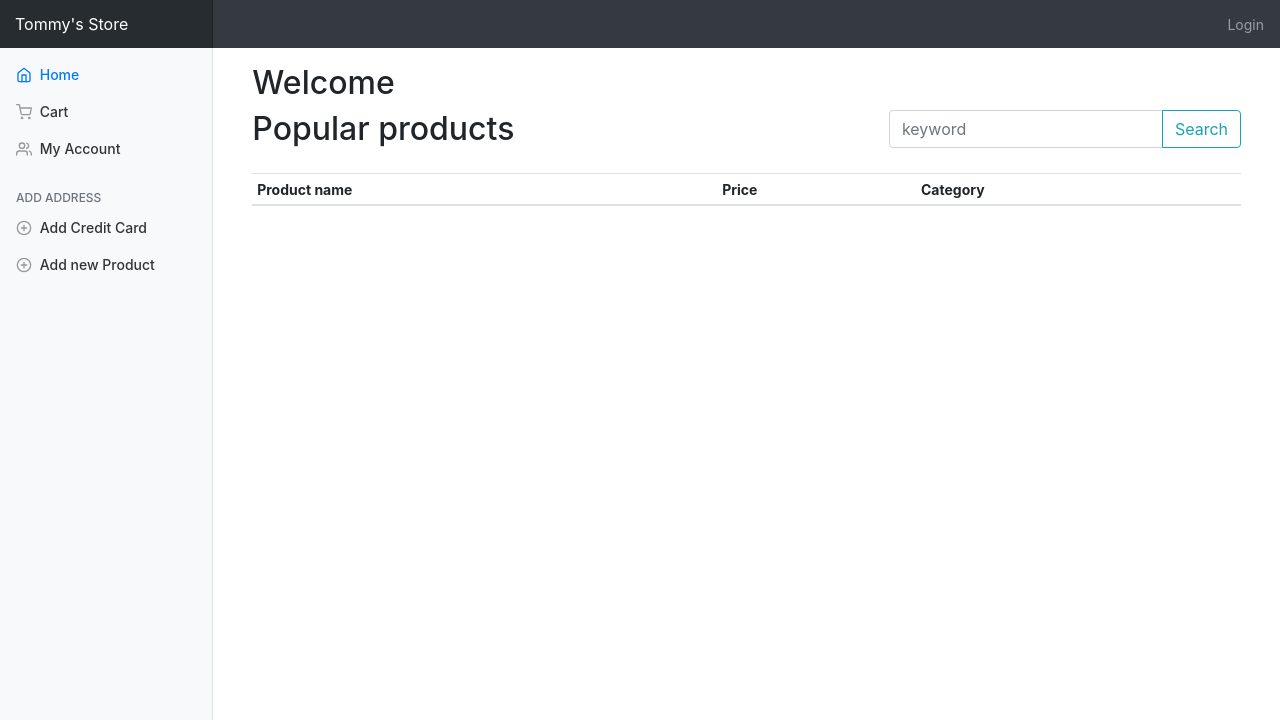
Repository: jlpduqueza/tommystore
Page: http://localhost/tommystore/WEB-INF/jsp/home.jsp
The author's editor kept a copy of each file at every save. The page is drawn from the files as they stood at one save, then again after the next save.
The browser window is 1280 px wide. The pictures show the whole page.
The page is served by Tomcat 9. Nobody is signed in. The template is opened directly, without the code that normally fills it, so the values that code supplies are empty.

Above is the page before, as saved 2019-09-04 04:09:12.

After the next save:
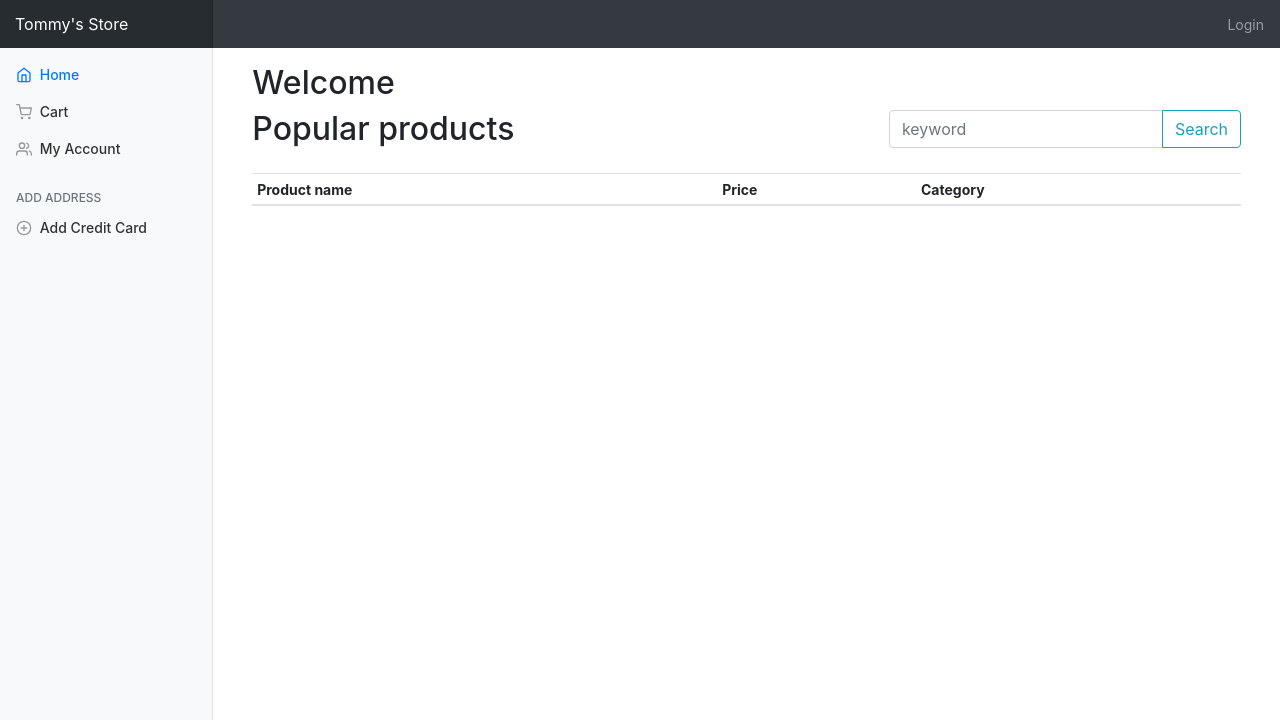
Saved 13 s later.
--- a/tommystore/WebContent/WEB-INF/jsp/side-navbar-user.jsp
+++ b/tommystore/WebContent/WEB-INF/jsp/side-navbar-user.jsp
@@ -68,11 +68,6 @@
                   Add Credit Card
                 </a>
               </li>
-              <li class="nav-item">
-                <a class="nav-link" href="/tommystore/admin/add-product-view">
-                  <svg xmlns="http://www.w3.org/2000/svg" width="24" height="24" viewBox="0 0 24 24" fill="none" stroke="currentColor" stroke-width="2" stroke-linecap="round" stroke-linejoin="round" class="feather feather-plus-circle"><circle cx="12" cy="12" r="10"></circle><line x1="12" y1="8" x2="12" y2="16"></line><line x1="8" y1="12" x2="16" y2="12"></line></svg>
-                  Add new Product
-                </a>
             </ul>
           </div>
         </nav>
